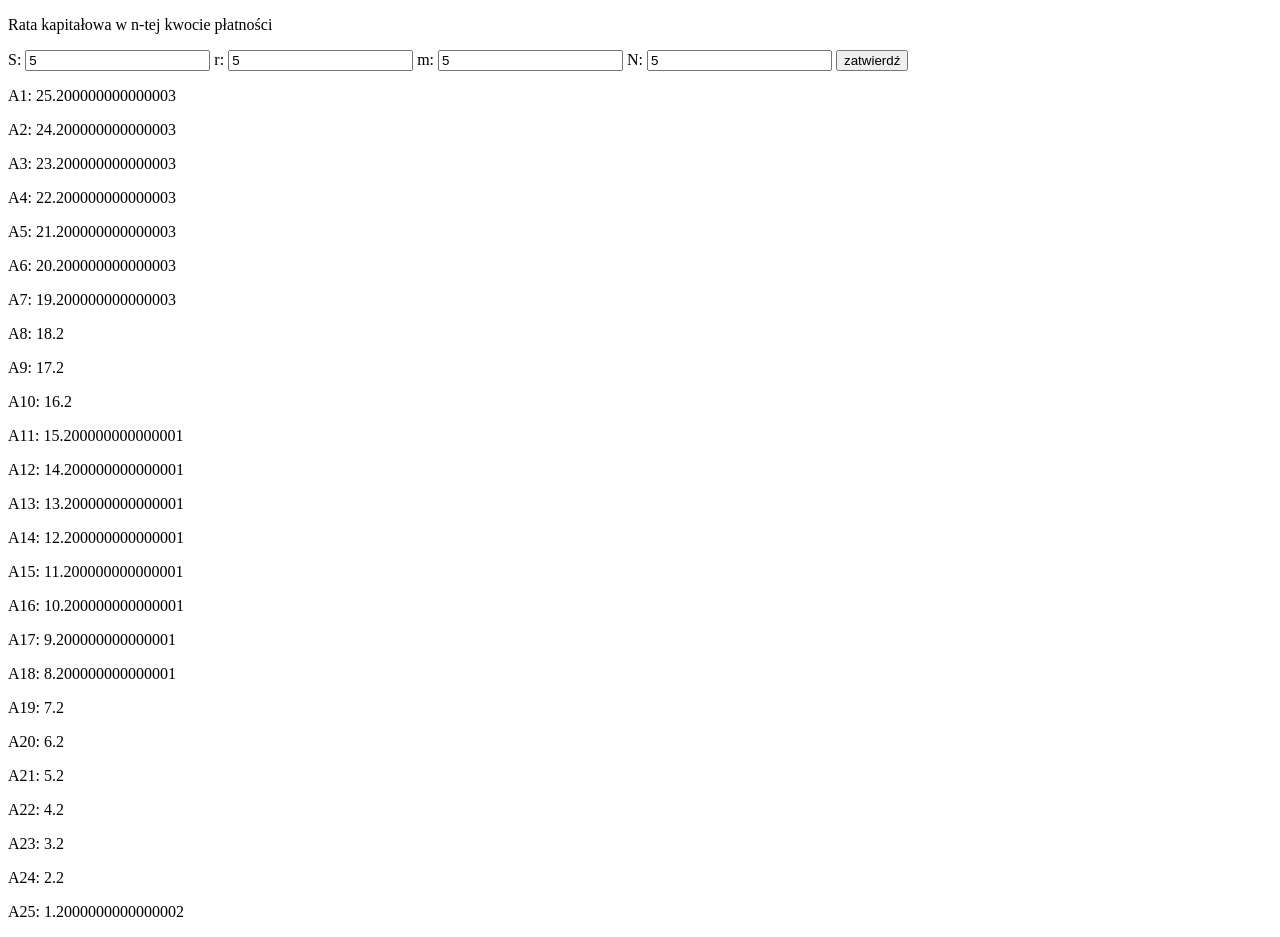
Repository: ravkita/MFCalc
Page: index.html
An editor plug-in stored every save of this project. The page is shown before and after the next save, followed by the edit.
The browser window is 1280 px wide. The pictures show the whole page.
Empty fields were first filled with sample values (such as "Sample", 5 or name@example.com).
After loading, the first visible `#confirm` was clicked once.

Above is the page before, as saved 2021-04-12 17:29:15.

After the next save:
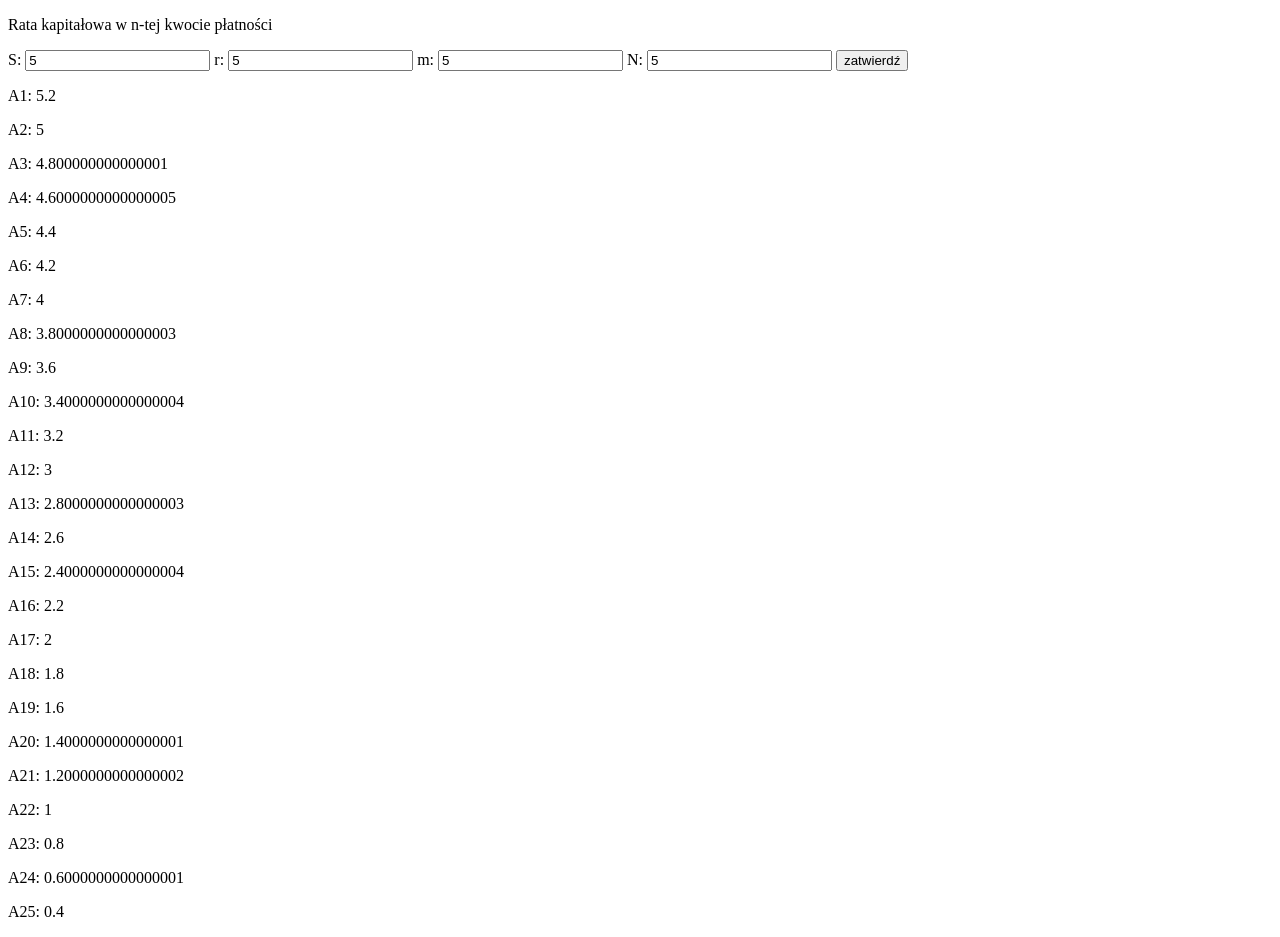
Saved 38 s later.
--- a/index.html
+++ b/index.html
@@ -42,7 +42,7 @@
         function kwotaPlatnosciZmienna(){
             for(let i = 1; i<=N*m; i++){
                 const el = document.createElement("p");
-                let an = (s/(N*m))*[1+((N*m)-i+1)*r];
+                let an = (s/(N*m))*[1+((N*m)-i+1)*(r/m)];
                 el.innerText = `A${i}: ${an}`;
                 document.querySelector('.result').appendChild(el);
             }
